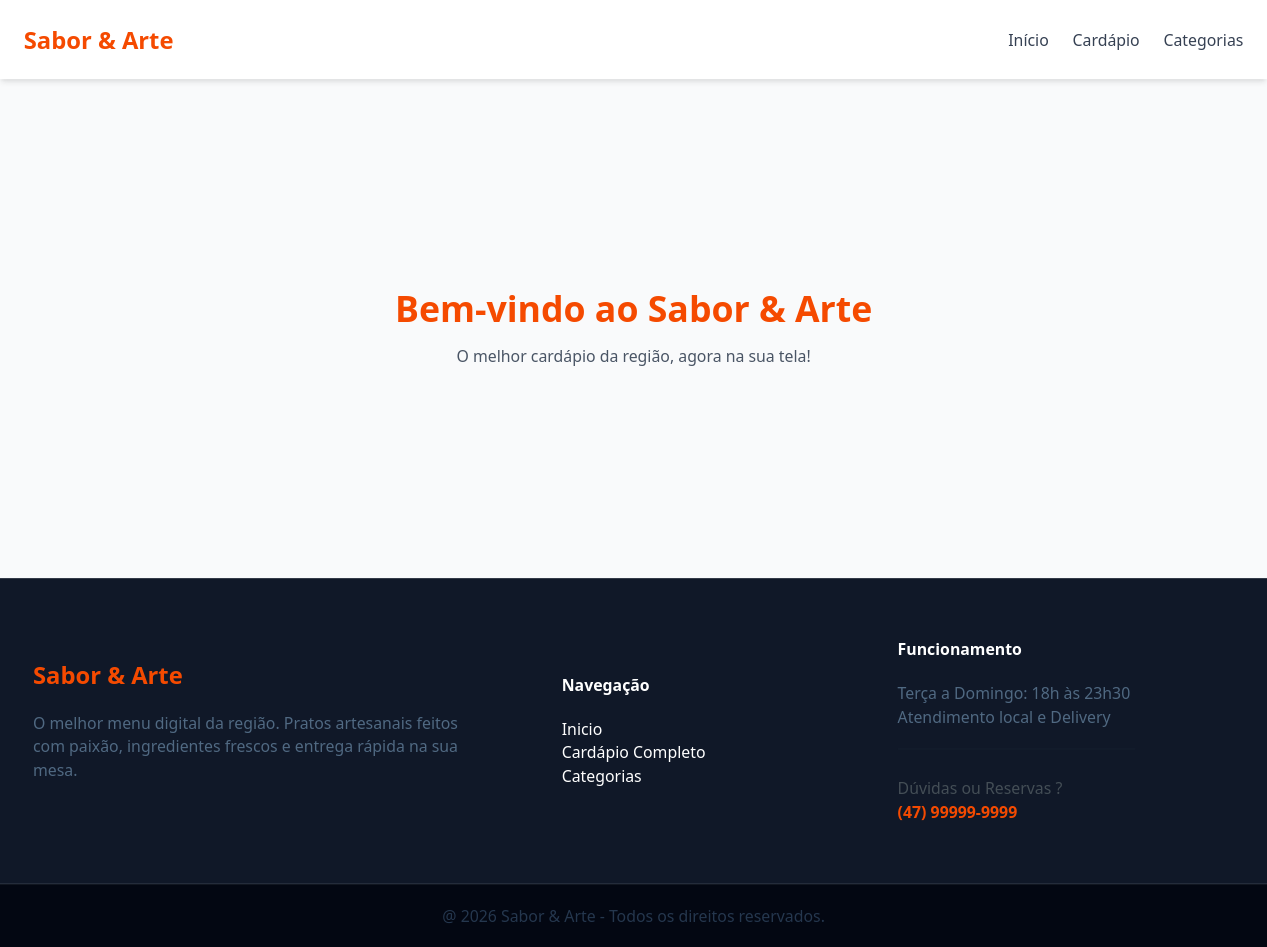
Repository: DiegoWWeege/pair-programming-next-js
Page: / (app in next-js-project/)
These files come from the project's save history. The page is drawn as it stood at one moment and after a run of saves; the edit follows.
The browser window is 1280 px wide. The pictures show the whole page, at 99% of full size.
The project was rebuilt for these pictures with package versions that can differ from the ones it lists, and the page was loaded fresh each time. The framework's server and built-in components were replaced by stand-ins that run in the browser. Also part of the build but not shown: next-js-project/next.config.ts.

Above is the page before, as saved 2026-09-18 19:06:10.

After the next 2 saves:
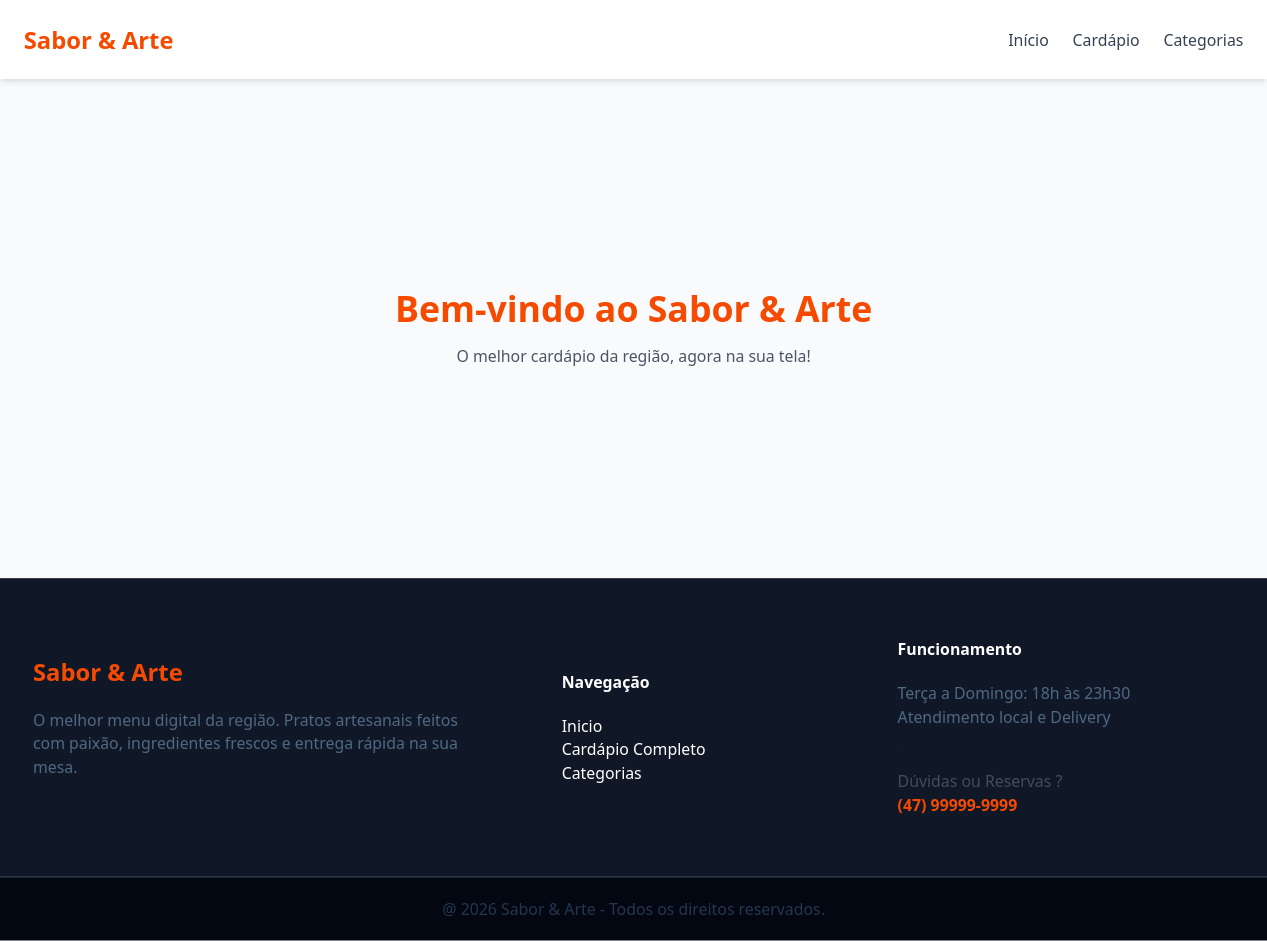
The 2 saves are shown as one change because they came seconds apart.
The last was saved 10 s later.
--- a/next-js-project/src/components/Footer.tsx
+++ b/next-js-project/src/components/Footer.tsx
@@ -37,7 +37,7 @@ export default function Footer(){
                         Atendimento local e Delivery
                     </p>
 
-                    <hr className="border-[#151E2E] h-2"/>
+                    <hr className="border-[#151E2E] w-1"/>
 
                     <p className="mt-5 text-[#444E56]">
                         Dúvidas ou Reservas ?
